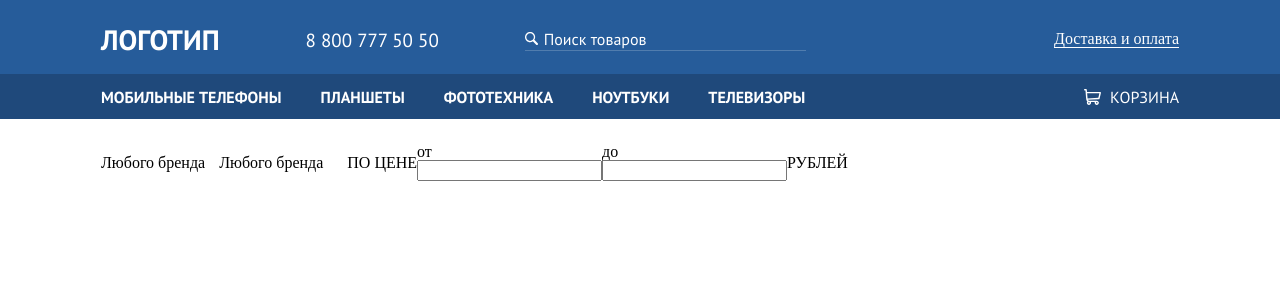
Repository: sem1103/WEBCompany
Page: index.html
An editor plug-in stored every save of this project. The page is shown before and after the next save, followed by the edit.
The browser window is 1280 px wide. The pictures show the whole page.

Above is the page before, as saved 2024-01-11 20:18:16.

After the next save:
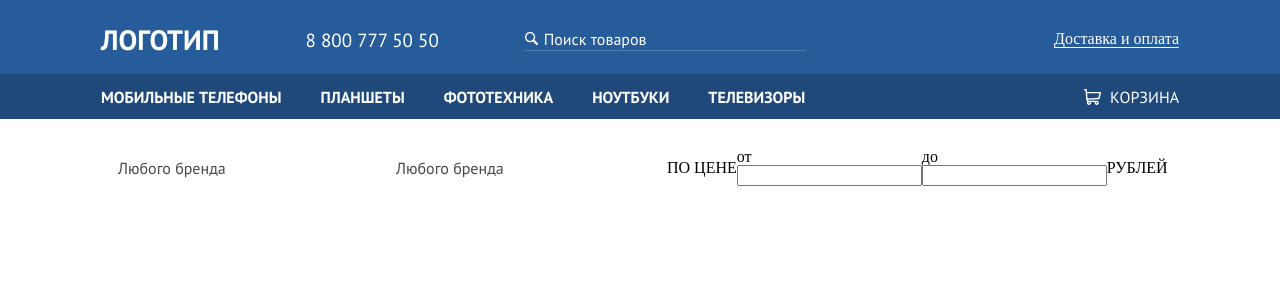
Saved 13 s later.
--- a/styles/main.css
+++ b/styles/main.css
@@ -96,7 +96,7 @@ nav li{
 
 }
 
-.filter-title select{
+.filter{
     font: 16px var(--fontPT);
     color: #484848;
     cursor: pointer;
